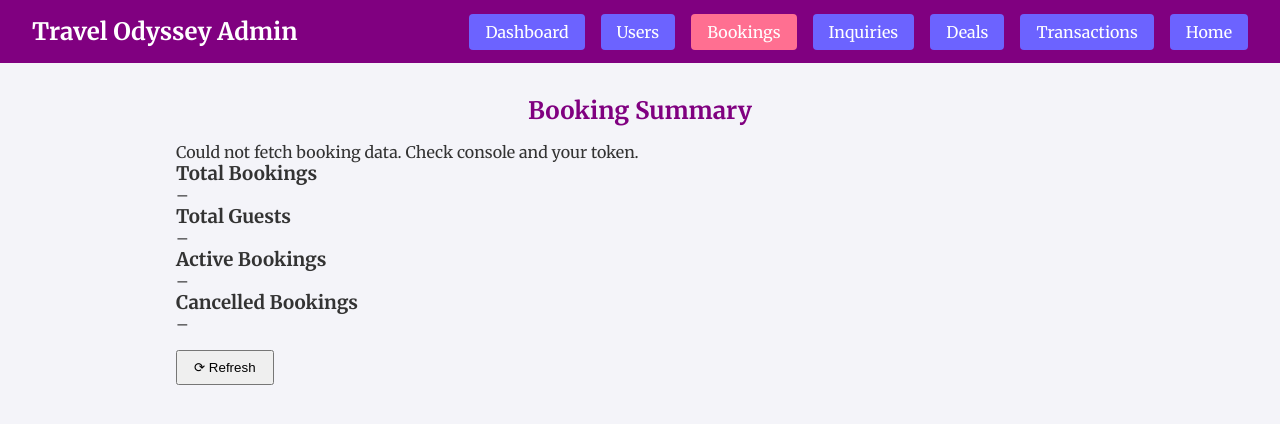
Repository: GHzPhoenix/Project-Odyssey
Page: Frontend/admin-bookings.html
These files come from the project's save history. The page is drawn as it stood at one moment and after the next save; the edit follows.
The browser window is 1280 px wide. The pictures show the whole page.
The page's requests for data from a server got no answer.

Above is the page before, as saved 2025-07-22 12:55:36.

### Frontend/admin-bookings.html
<!DOCTYPE html>
<html lang="en">
  <head>
    <meta charset="UTF-8" />
    <meta name="viewport" content="width=device-width,initial-scale=1.0" />
    <title>Admin Dashboard – Travel Odyssey</title>
    <link rel="stylesheet" href="/Frontend/css/admin.css" />
    <style></style>
  </head>
  <body>
    <header>
      <nav>
        <span class="logo">Travel Odyssey Admin</span>
        <ul>
          <li><a href="admin.html">Dashboard</a></li>
          <li><a href="admin-users.html">Users</a></li>
          <li><a href="admin-bookings.html" class="active">Bookings</a></li>
          <li><a href="inquiries.html">Inquiries</a></li>
          <li><a href="add-deal.html">Deals</a></li>
          <li><a href="transactions.html">Transactions</a></li>
          <li><a href="index.html">Home</a></li>
        </ul>
      </nav>
    </header>

    <main>
      <h2>Booking Summary</h2>
      <div id="error" class="error"></div>
      <div class="kpis">
        <div class="kpi">
          <h3>Total Bookings</h3>
          <p id="total_bookings">–</p>
        </div>
        <div class="kpi">
          <h3>Total Guests</h3>
          <p id="total_guests">–</p>
        </div>
        <div class="kpi">
          <h3>Active Bookings</h3>
          <p id="active_bookings">–</p>
        </div>
        <div class="kpi">
          <h3>Cancelled Bookings</h3>
          <p id="cancelled_bookings">–</p>
        </div>
      </div>
      <button class="refresh" onclick="loadStats()">⟳ Refresh</button>
    </main>

    <script>
      const API_BASE = "http://127.0.0.1:5001";
      const token = localStorage.getItem("token") || "";

      async function fetchJSON(path, opts = {}) {
        opts.headers = {
          "Content-Type": "application/json",
          Authorization: "Bearer " + token,
          ...opts.headers,
        };
        const res = await fetch(API_BASE + path, opts);
        if (!res.ok) {
          const text = await res.text();
          throw new Error(`HTTP ${res.status}: ${text}`);
        }
        return res.json();
      }

      async function loadStats() {
        document.getElementById("error").textContent = "";
        try {
          const stats = await fetchJSON("/api/bookings/all");
          document.getElementById("total_bookings").textContent =
            stats.total_bookings;
          document.getElementById("total_guests").textContent =
            stats.total_guests;
          document.getElementById("active_bookings").textContent =
            stats.active_bookings;
          document.getElementById("cancelled_bookings").textContent =
            stats.cancelled_bookings;
        } catch (err) {
          console.error("Failed to load booking stats:", err);
          document.getElementById("error").textContent =
            "Could not fetch booking data. Check console and your token.";
        }
      }

      document.addEventListener("DOMContentLoaded", loadStats);
    </script>
  </body>
</html>

### Frontend/css/admin.css
@import url("https://fonts.googleapis.com/css2?family=Merriweather:wght@300;400;700&display=swap");

* {
  box-sizing: border-box;
  margin: 0;
  padding: 0;
}

body {
  font-family: "Merriweather", serif;
  background: #f4f4f9;
  color: #333;
}
.action {
  background: #6c63ff;
  color: white;
  border: none;
  padding: 0.4rem 0.8rem;
  border-radius: 4px;
  cursor: pointer;
  font-size: 0.9rem;
  transition: background 0.2s ease;
}
.action:hover {
  background: #5950d4;
}
.modal-overlay {
  display: none;
  position: fixed;
  inset: 0;
  background: rgba(0, 0, 0, 0.6);
  align-items: center;
  justify-content: center;
  z-index: 1000;
}
.modal-overlay.active {
  display: flex;
}
.modal {
  background: #fff;
  padding: 2rem;
  border-radius: 8px;
  width: 90%;
  max-width: 400px;
  box-shadow: 0 2rem 4rem rgba(0, 0, 0, 0.2);
}
.modal h2 {
  margin-bottom: 1rem;
  color: purple;
}
.modal .input-group {
  margin-bottom: 1rem;
}
.modal label {
  display: block;
  margin-bottom: 0.4rem;
  font-weight: 600;
}
.modal input[type="text"],
.modal input[type="date"] {
  width: 100%;
  padding: 0.5rem;
  border: 1px solid #ccc;
  border-radius: 4px;
}

.modal-actions {
  text-align: right;
  margin-top: 1rem;
}
.modal-actions button {
  background: #6c63ff;
  color: #fff;
  border: none;
  padding: 0.5rem 1rem;
  border-radius: 4px;
  cursor: pointer;
  margin-left: 0.5rem;
  transition: background 0.2s;
}
.modal-actions button#modal-cancel {
  background: #ccc;
  color: #333;
}
.modal-actions button:hover {
  background: #5950d4;
}

header nav {
  background: purple;
  padding: 1rem 2rem;
  display: flex;
  align-items: center;
  justify-content: space-between;
}

header nav .logo {
  color: white;
  font-size: 1.5rem;
  font-weight: bold;
}

header nav ul {
  list-style: none;
  display: flex;
  gap: 1rem;
}

header nav a {
  color: white;
  text-decoration: none;
  padding: 0.5rem 1rem;
  background: #6c63ff;
  border-radius: 4px;
  transition: background 0.2s;
}

header nav a.active,
header nav a:hover {
  background: #ff6f91;
}

main {
  max-width: 960px;
  margin: 2rem auto;
  padding: 0 1rem;
}

h1,
h2 {
  color: purple;
  margin-bottom: 1rem;
  text-align: center;
}

form {
  background: white;
  padding: 2rem;
  border-radius: 8px;
  box-shadow: 0 4px 12px rgba(0, 0, 0, 0.1);
}

form .input-group {
  margin-bottom: 1.25rem;
}

form label {
  display: block;
  margin-bottom: 0.4rem;
  font-weight: 600;
}

form input[type="text"],
form input[type="date"],
form input[type="number"],
form textarea {
  width: 100%;
  padding: 0.6rem;
  border: 1px solid #ccc;
  border-radius: 4px;
  font-size: 1rem;
}

form textarea {
  resize: vertical;
  min-height: 80px;
}

.file-input-label {
  display: inline-block;
  padding: 0.5rem 1rem;
  background: #007bff;
  color: white;
  border-radius: 4px;
  cursor: pointer;
  font-size: 0.9rem;
}

#file-chosen {
  margin-left: 0.5rem;
  font-size: 0.9rem;
  vertical-align: middle;
  color: #555;
}

input[type="file"] {
  display: none;
}

button[type="submit"] {
  background: #0b6623;
  color: white;
  padding: 0.7rem 1.4rem;
  border: none;
  border-radius: 4px;
  font-size: 1rem;
  cursor: pointer;
}

button[type="submit"]:hover {
  background: #095a1a;
}

#deal-message,
#inquiry-message {
  margin-top: 0.75rem;
  font-size: 0.9rem;
}

#deal-message.error,
#inquiry-message.error {
  color: #b00020;
}

#deal-message.success,
#inquiry-message.success {
  color: #0b6623;
}

table {
  width: 100%;
  border-collapse: collapse;
  background: white;
  margin-top: 1rem;
  box-shadow: 0 2px 8px rgba(0, 0, 0, 0.1);
}

th,
td {
  padding: 0.75rem 1rem;
  border: 1px solid #ddd;
  text-align: left;
}

th {
  background: purple;
  color: white;
  font-weight: 600;
}

tr:nth-child(even) td {
  background: #f9f9ff;
}

.inquiry-actions button {
  background: #6c63ff;
  color: white;
  border: none;
  padding: 0.4rem 0.8rem;
  border-radius: 4px;
  cursor: pointer;
  font-size: 0.9rem;
  margin-right: 0.5rem;
}

.inquiry-actions button:hover {
  background: #5950d4;
}

.deal-card {
  background: white;
  border-radius: 8px;
  box-shadow: 0 2px 8px rgba(0, 0, 0, 0.1);
  overflow: hidden;
  margin: 1rem 0;
  display: flex;
}

.deal-card img {
  width: 120px;
  object-fit: cover;
}

.deal-card-body {
  padding: 1rem;
  flex: 1;
}

.deal-card-body h3 {
  margin-bottom: 0.5rem;
}

.deal-card-body p {
  margin-bottom: 0.5rem;
}

.deal-card-body .card-button {
  background: #6c63ff;
  color: white;
  padding: 0.4rem 0.8rem;
  border-radius: 4px;
  text-decoration: none;
}

.deal-card-body .card-button:hover {
  background: #5950d4;
}

.button-link {
  display: inline-block;
  margin-top: 1.5rem;
  color: #6c63ff;
  text-decoration: underline;
}

.file-input-btn {
  display: inline-block;
  background: #6c63ff;
  color: #fff;
  padding: 0.5rem 1rem;
  border-radius: 4px;
  cursor: pointer;
  font-size: 0.9rem;
  transition: background 0.2s;
}
.file-input-btn:hover {
  background: #5950d4;
}

#modal-file-chosen {
  margin-left: 0.75rem;
  font-size: 0.9rem;
  color: #555;
  vertical-align: middle;
}

.file-input-group {
  margin-bottom: 1rem;
}

.summary {
  display: flex;
  gap: 2rem;
  flex-wrap: wrap;
}
.card {
  background: #f8f9fa;
  border-radius: 8px;
  padding: 1rem 2rem;
  text-align: center;
  flex: 1 1 150px;
}
.card h2 {
  margin: 0.5rem 0;
  font-size: 2.5rem;
  color: #007bff;
}
.card p {
  margin: 0;
  color: #6c757d;
}
button {
  margin-top: 1rem;
  padding: 0.5rem 1rem;
}

After the next save:
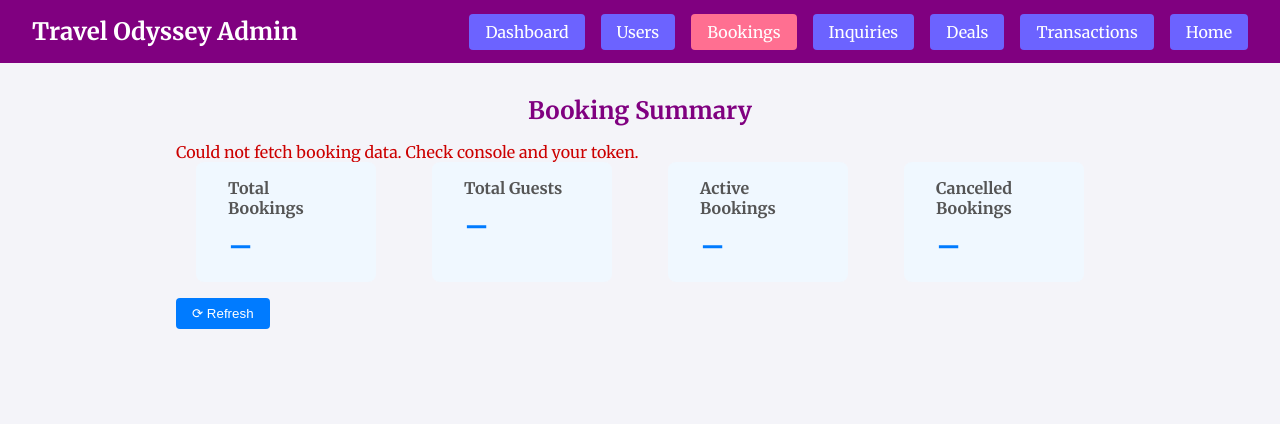
Saved 17 s later.
--- a/Frontend/admin-bookings.html
+++ b/Frontend/admin-bookings.html
@@ -5,7 +5,46 @@
     <meta name="viewport" content="width=device-width,initial-scale=1.0" />
     <title>Admin Dashboard – Travel Odyssey</title>
     <link rel="stylesheet" href="/Frontend/css/admin.css" />
-    <style></style>
+    <style>
+      .kpis {
+        display: flex;
+        justify-content: space-around;
+        flex-wrap: wrap;
+        gap: 1rem;
+      }
+      .kpi {
+        background: #f0f8ff;
+        padding: 1rem 2rem;
+        border-radius: 8px;
+        width: 180px;
+      }
+      .kpi h3 {
+        margin: 0 0 0.5rem;
+        font-size: 1rem;
+        color: #555;
+      }
+      .kpi p {
+        margin: 0;
+        font-size: 2rem;
+        color: #007bff;
+        font-weight: bold;
+      }
+      .error {
+        color: #c00;
+      }
+      button.refresh {
+        margin-top: 1rem;
+        padding: 0.5rem 1rem;
+        border: none;
+        background: #007bff;
+        color: #fff;
+        border-radius: 4px;
+        cursor: pointer;
+      }
+      button.refresh:hover {
+        background: #0056b3;
+      }
+    </style>
   </head>
   <body>
     <header>
